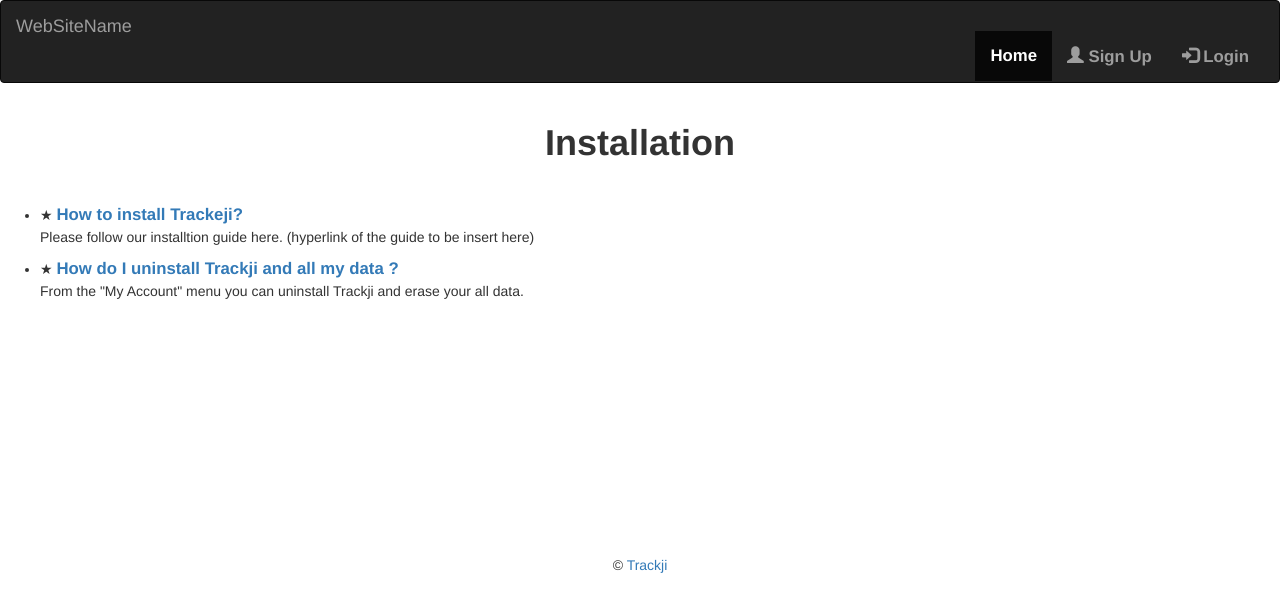
Repository: prathmeshgodbole/Web_Development
Page: Mobile_tracker/Installation.html
These files come from the project's save history. The page is drawn as it stood at one moment and after the next save; the edit follows.
The browser window is 1280 px wide. The pictures show the whole page.

Above is the page before, as saved 2020-03-08 18:05:39.

### Mobile_tracker/Installation.html
<!DOCTYPE html>
<html lang="en">



<head>
    <title>Bootstrap Example</title>
    <meta charset="utf-8">
    <meta name="viewport" content="width=device-width, initial-scale=1">
    <link rel="stylesheet" href="https://maxcdn.bootstrapcdn.com/bootstrap/3.4.1/css/bootstrap.min.css">
    <link rel="stylesheet" href="./css/installation.css">
    <script src="https://ajax.googleapis.com/ajax/libs/jquery/3.4.1/jquery.min.js"></script>
    <script src="https://maxcdn.bootstrapcdn.com/bootstrap/3.4.1/js/bootstrap.min.js"></script>
</head>

<body>

    <nav class="navbar navbar-inverse">
        <div class="container-fluid">
            <div class="navbar-header">
                <button type="button" class="navbar-toggle" data-toggle="collapse" data-target="#myNavbar">
        <span class="icon-bar"></span>
        <span class="icon-bar"></span>
        <span class="icon-bar"></span>
      </button>
                <a class="navbar-brand" href="#">WebSiteName</a>
            </div>
            <div class="collapse navbar-collapse" id="myNavbar">

                <ul class="nav navbar-nav navbar-right">
                    <li class="active"><a href="#">Home</a></li>
                    <li><a href="#"><span class="glyphicon glyphicon-user"></span> Sign Up</a></li>
                    <li><a href="#"><span class="glyphicon glyphicon-log-in"></span> Login</a></li>
                </ul>
            </div>
        </div>
    </nav>




    <div class="section-header">
        <h1 class="section-title">Installation</h1>




        <ul class="article-list">

            <li class="article-promoted">
                <span data-title="Promoted article">★</span>
                <a href="">How to install Trackeji?</a>
                <p>Please follow our installtion guide here. (hyperlink of the guide to be insert here)</p>
            </li>

            <li class="article-promoted">
                <span data-title="Promoted article">★</span>
                <a href="">How do I uninstall Trackji and all my data ?</a>
                <p>From the "My Account" menu you can uninstall Trackji and erase your all data.</p>
            </li>

        </ul>
    </div>
    <!--/.container-->
    <footer class="footer container">
        <div class="container-inner">
            <p class="copyright">&copy; <a href=>Trackji</a></p>
        </div>
    </footer>



</body>

</html>

### Mobile_tracker/css/installation.css
*body {
    margin: 0%;
    padding: 0%;
}

.section-header {
    height: 60vh;
}

.section-header h1 {
    font-weight: bold;
    margin-top: 40px;
    text-align: center;
}

ul {
    margin-top: 40px;
}

ul li a {
    font-weight: bold;
    font-size: larger;
    margin-top: 30px;
}

ul li a p {
    margin-top: 10px;
}

.footer {
    text-align: center;
}

After the next save:
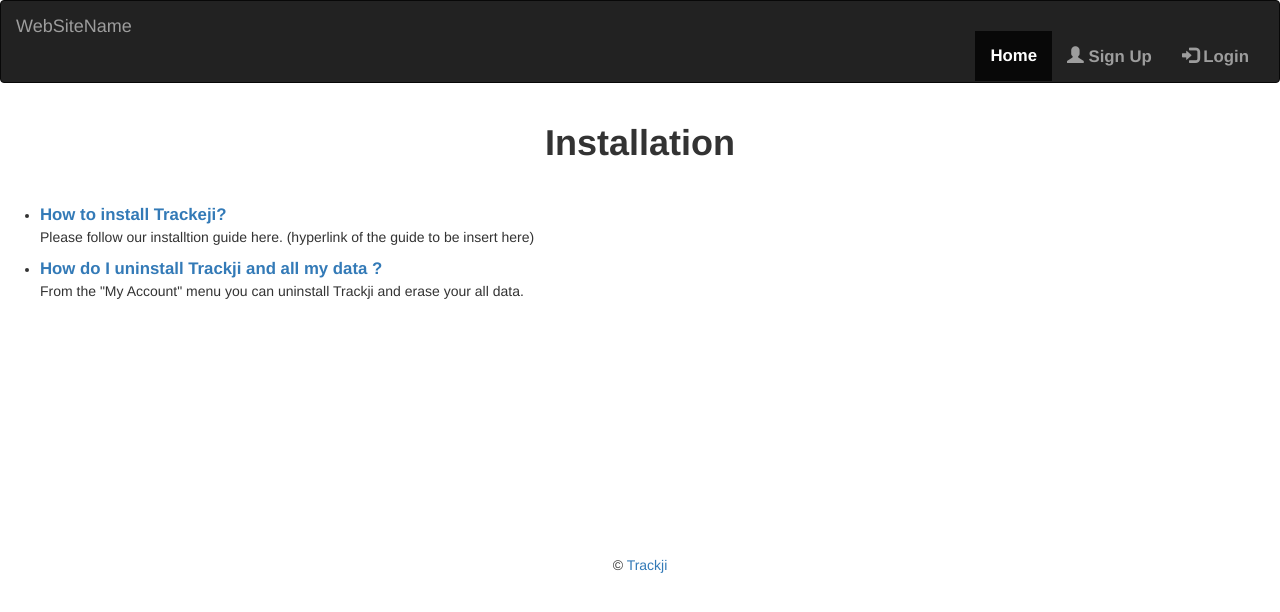
Saved 34 s later.
--- a/Mobile_tracker/Installation.html
+++ b/Mobile_tracker/Installation.html
@@ -48,13 +48,13 @@
         <ul class="article-list">
 
             <li class="article-promoted">
-                <span data-title="Promoted article">★</span>
+
                 <a href="">How to install Trackeji?</a>
                 <p>Please follow our installtion guide here. (hyperlink of the guide to be insert here)</p>
             </li>
 
             <li class="article-promoted">
-                <span data-title="Promoted article">★</span>
+
                 <a href="">How do I uninstall Trackji and all my data ?</a>
                 <p>From the "My Account" menu you can uninstall Trackji and erase your all data.</p>
             </li>
